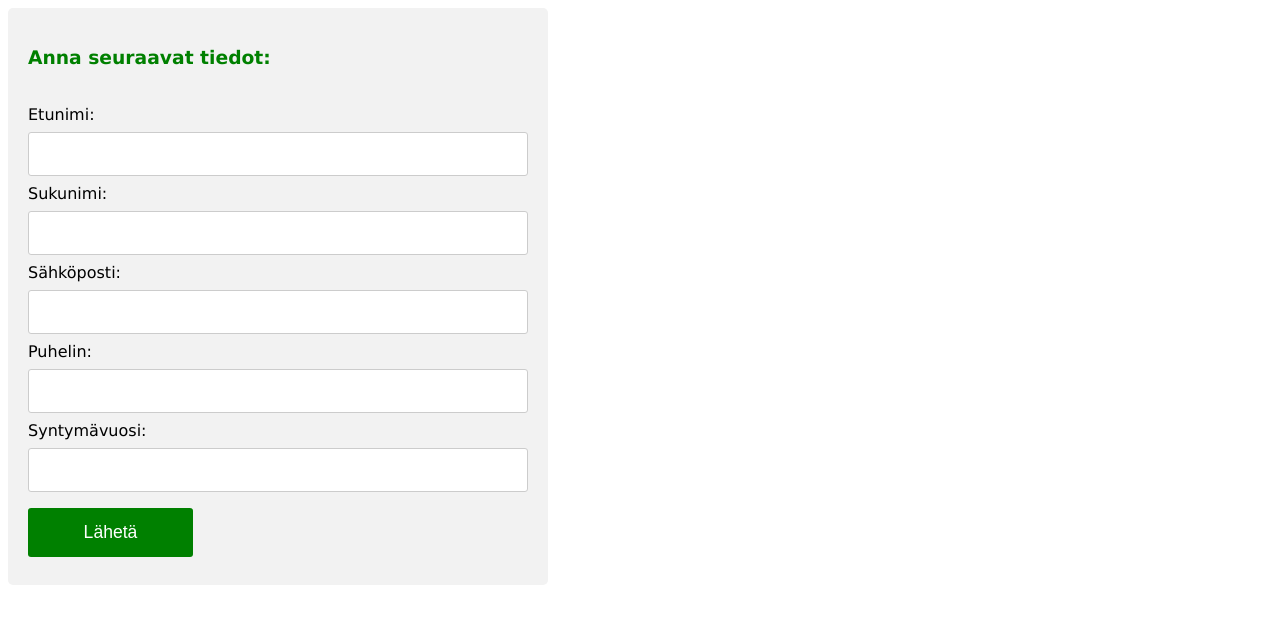
Repository: er-12/tehtava6
Page: http://localhost/t3/kysy.jsp
The author's editor kept a copy of each file at every save. The page is drawn from the files as they stood at one save, then again after the next save.
The browser window is 1280 px wide. The pictures show the whole page.
The page is served by Tomcat 9.

Above is the page before, as saved 2021-04-17 11:35:24.

### t3/WebContent/kysy.jsp
<%@ page language="java" contentType="text/html; charset=UTF-8"
    pageEncoding="UTF-8"%>
<!DOCTYPE html>
<html>
<style>
input[type=text] {
  width: 100%;
  padding: 12px 20px;
  margin: 8px 0;
  display: inline-block;
  border: 1px solid #ccc;
  border-radius: 3px;
  box-sizing: border-box;
  font-size: 100%;
}

input[type=submit] {
  width: 33%;
  text-align: center;
  background-color: green;
  color: white;
  padding: 14px 20px;
  margin: 8px 0;
  border: none;
  border-radius: 3px;
  font-size: 110%;
}
div {
  border-radius: 5px;
  background-color: #f2f2f2;
  padding: 20px;
  width: 500px;
  font-family: Verdana;
}
h3 {
  color: green;
}
</style>
<head>
<meta charset="UTF-8">
<title>Insert title here</title>
</head>
<body>
<div>
<h3>Anna seuraavat tiedot:</h3><br>
<form action="nayta.jsp" method="POST">
	<label for="etunimi">Etunimi:</label><br>
	<input type="text" name="etunimi"><br>
	<label for="fname">Sukunimi:</label><br>
	<input type="text" name="sukunimi"><br>
	<label for="fname">Sähköposti:</label><br>
	<input type="text" name="sposti"><br>
	<label for="fname">Puhelin:</label><br>
	<input type="text" name="puhelin"><br>
	<label for="fname">Syntymävuosi:</label><br>
	<input type="text" name="vuosi"><br>
	<input type="submit" value="Lähetä">
</form>
</div>
</body>
</html>
<!-- 2)	Tee sivulle kysy.jsp lomake, jossa pyydät käyttäjltä seuraavat tiedot:
a.	Etunimi
b.	Sukunimi
c.	Sähköposti
d.	Puhelin
e.	Syntymävuosi
 -->

After the next save:
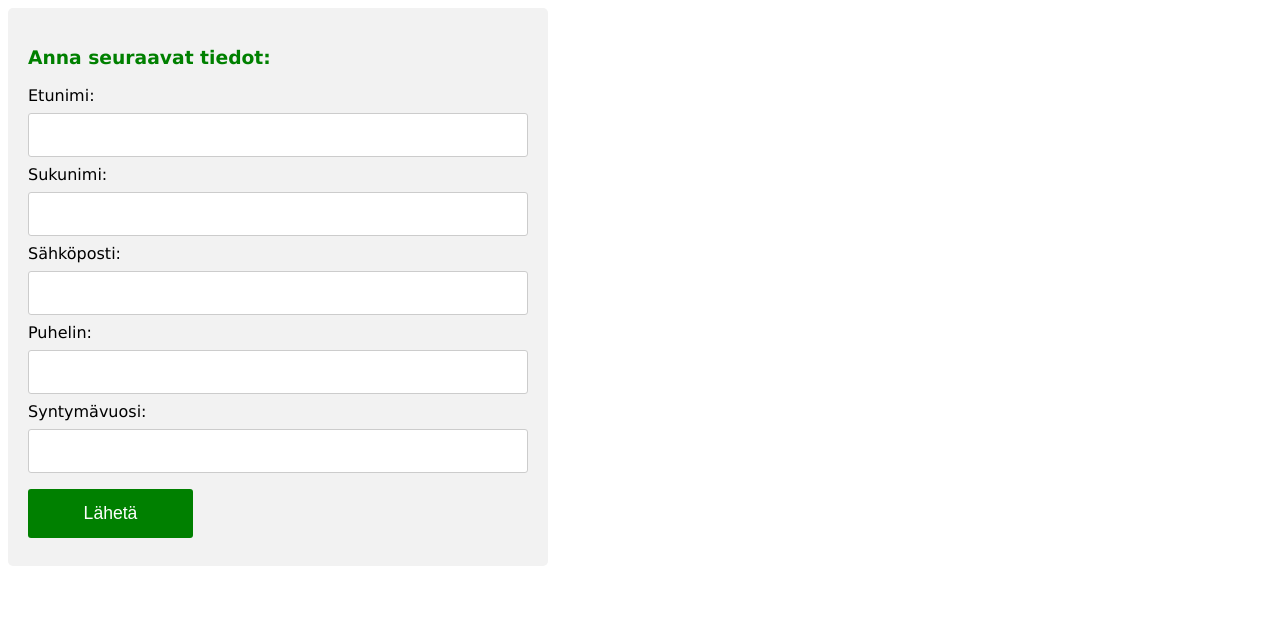
Saved 59 s later.
--- a/t3/WebContent/kysy.jsp
+++ b/t3/WebContent/kysy.jsp
@@ -42,7 +42,7 @@ h3 {
 </head>
 <body>
 <div>
-<h3>Anna seuraavat tiedot:</h3><br>
+<h3>Anna seuraavat tiedot:</h3>
 <form action="nayta.jsp" method="POST">
 	<label for="etunimi">Etunimi:</label><br>
 	<input type="text" name="etunimi"><br>
